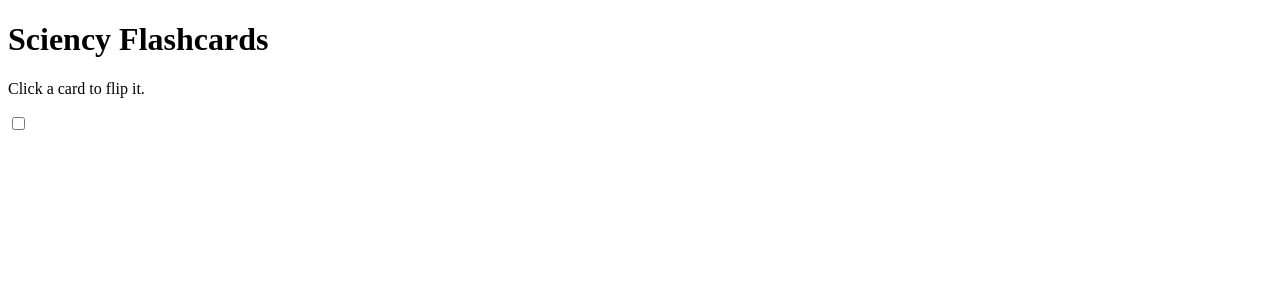
Repository: manayparikh1/ScienceFlashcards
Page: index.html
The author's editor kept a copy of each file at every save. The page is drawn from the files as they stood at one save, then again after the next save.
The browser window is 1280 px wide. The pictures show the whole page.
Some web fonts or font styles are not loaded; a fallback is used.

Above is the page before, as saved 2026-10-22 20:28:45.

After the next save:
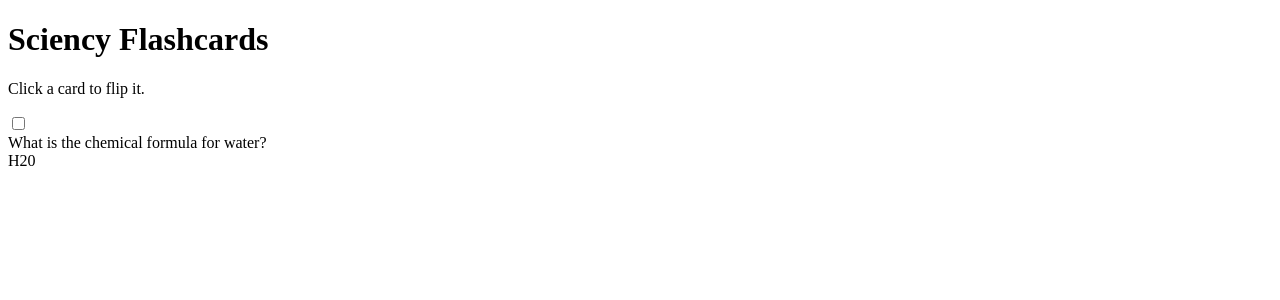
Saved 3 min 23 s later.
--- a/index.html
+++ b/index.html
@@ -13,9 +13,11 @@
 
     <h1>Sciency Flashcards</h1>
     <p class="hint">Click a card to flip it.</p>
-    <div class="card" <label class="card">
+
+    <div class="cards" <label class="card">
         <input type="checkbox">
         <div class="inner">
-            <div class="front"></div>
+            <div class="front">What is the chemical formula for water?</div>
+            <div class="back">H20</div>
         </div>
         </label>
